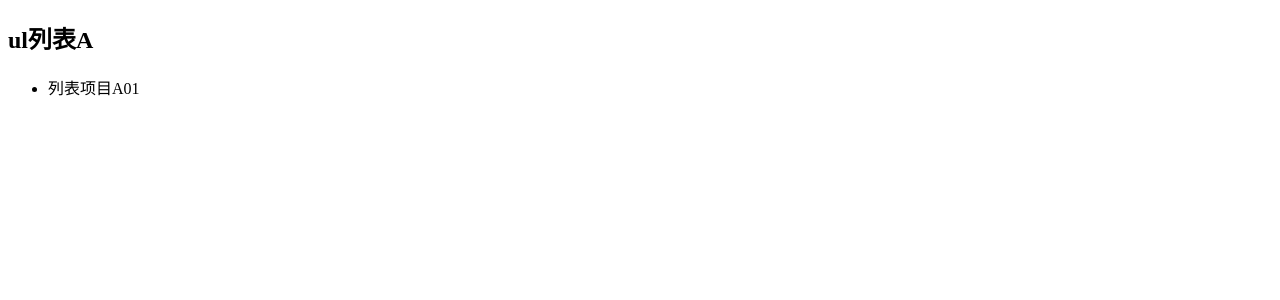
Repository: zdsherlock/HtmlCssLearn
Page: CSS/test-attSelect/index5.html
These files come from the project's save history. The page is drawn as it stood at one moment and after the next save; the edit follows.
The browser window is 1280 px wide. The pictures show the whole page.

Above is the page before, as saved 2021-05-07 20:30:39.

### CSS/test-attSelect/index5.html
<!DOCTYPE html>
<html lang="en">
<head>
    <meta charset="UTF-8">
    <meta http-equiv="X-UA-Compatible" content="IE=edge">
    <meta name="viewport" content="width=device-width, initial-scale=1.0">
    <title>支队唯一列表项目使用样式示例</title>
</head>
<body>
    <h2>ul列表A</h2>
    <ul>
        <li>列表项目A01</li>
    </ul>
</body>
</html>

After the next save:
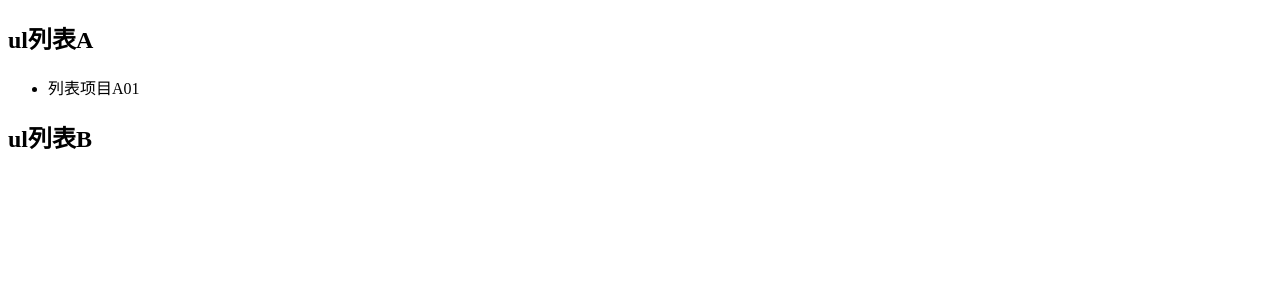
Saved 10 s later.
--- a/CSS/test-attSelect/index5.html
+++ b/CSS/test-attSelect/index5.html
@@ -11,5 +11,6 @@
     <ul>
         <li>列表项目A01</li>
     </ul>
+    <h2>ul列表B</h2>
 </body>
 </html>
